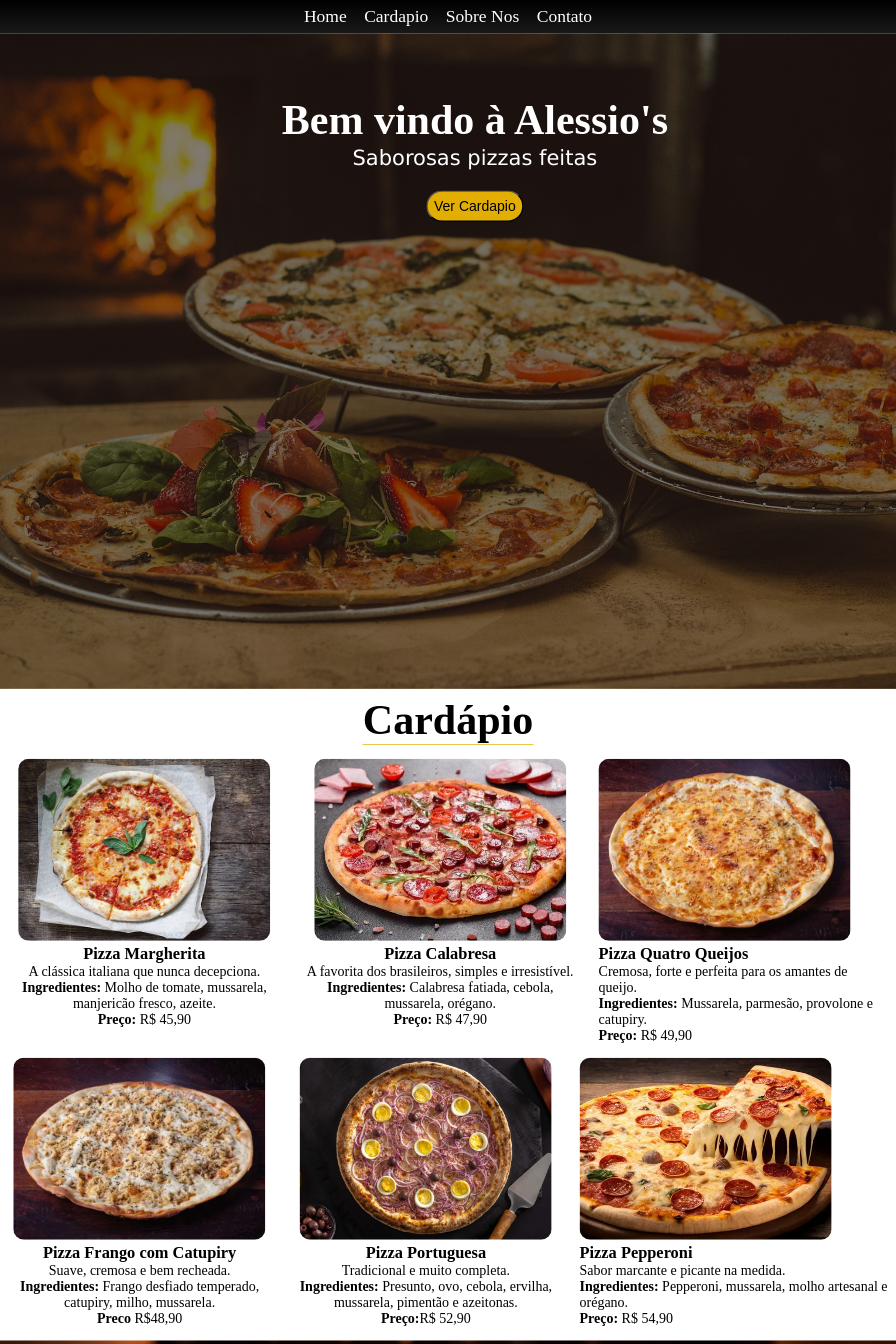
Repository: Mateushlp/landing-page-pizza
Page: index.html
The author's editor kept a copy of each file at every save. The page is drawn from the files as they stood at one save, then again after the next save.
The browser window is 1280 px wide. The pictures show the part of the page from y = 0 to 1920 px (the page is 2788 px tall), at 70% of full size.

Above is the page before, as saved 2026-05-03 11:03:54.

After the next save:
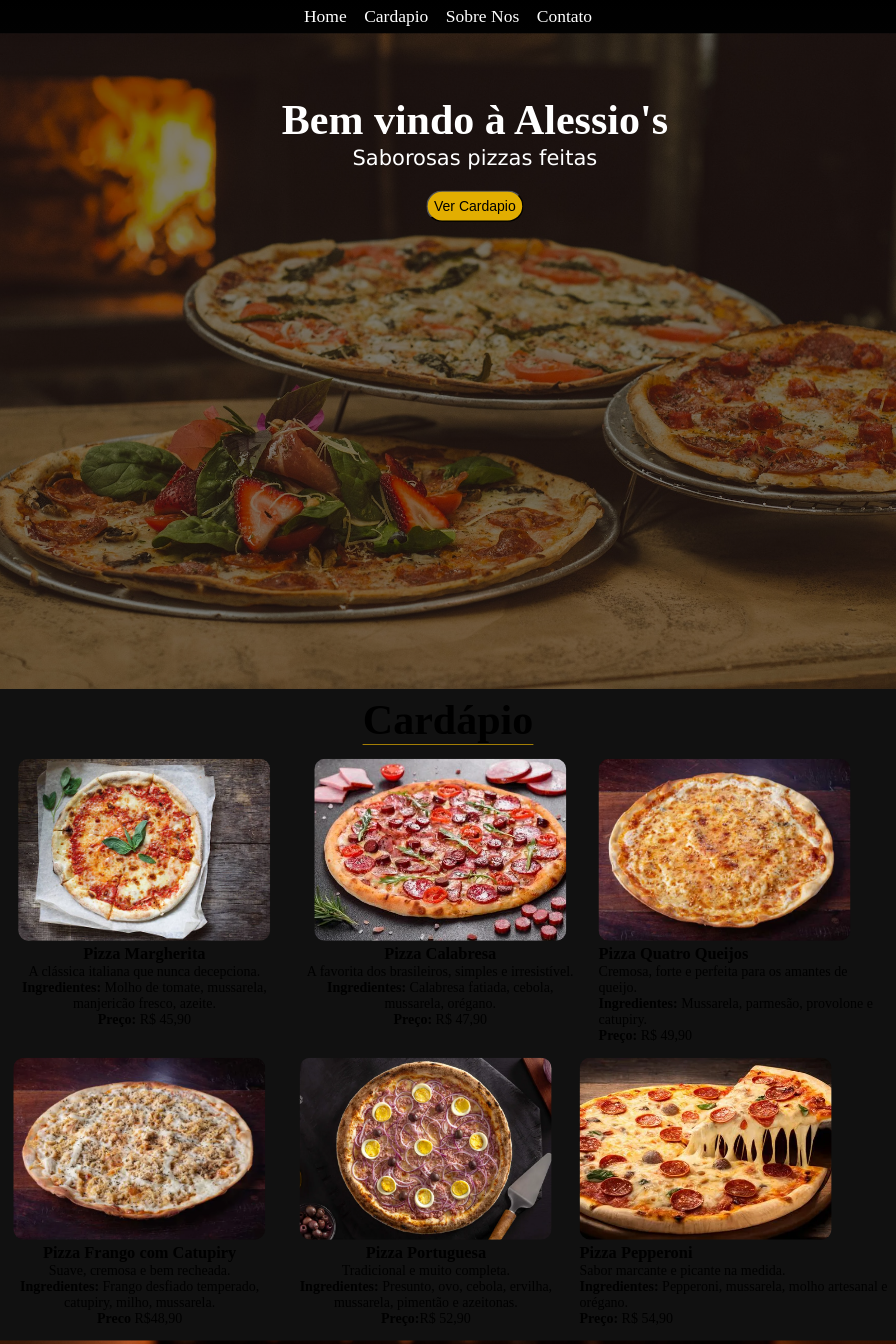
Saved 53 s later.
--- a/style.css
+++ b/style.css
@@ -2,6 +2,9 @@
     margin:0;
     padding: 0;
     box-sizing: border-box;
+}
+body{
+    background-color: #111
 }
 
 nav ul {
